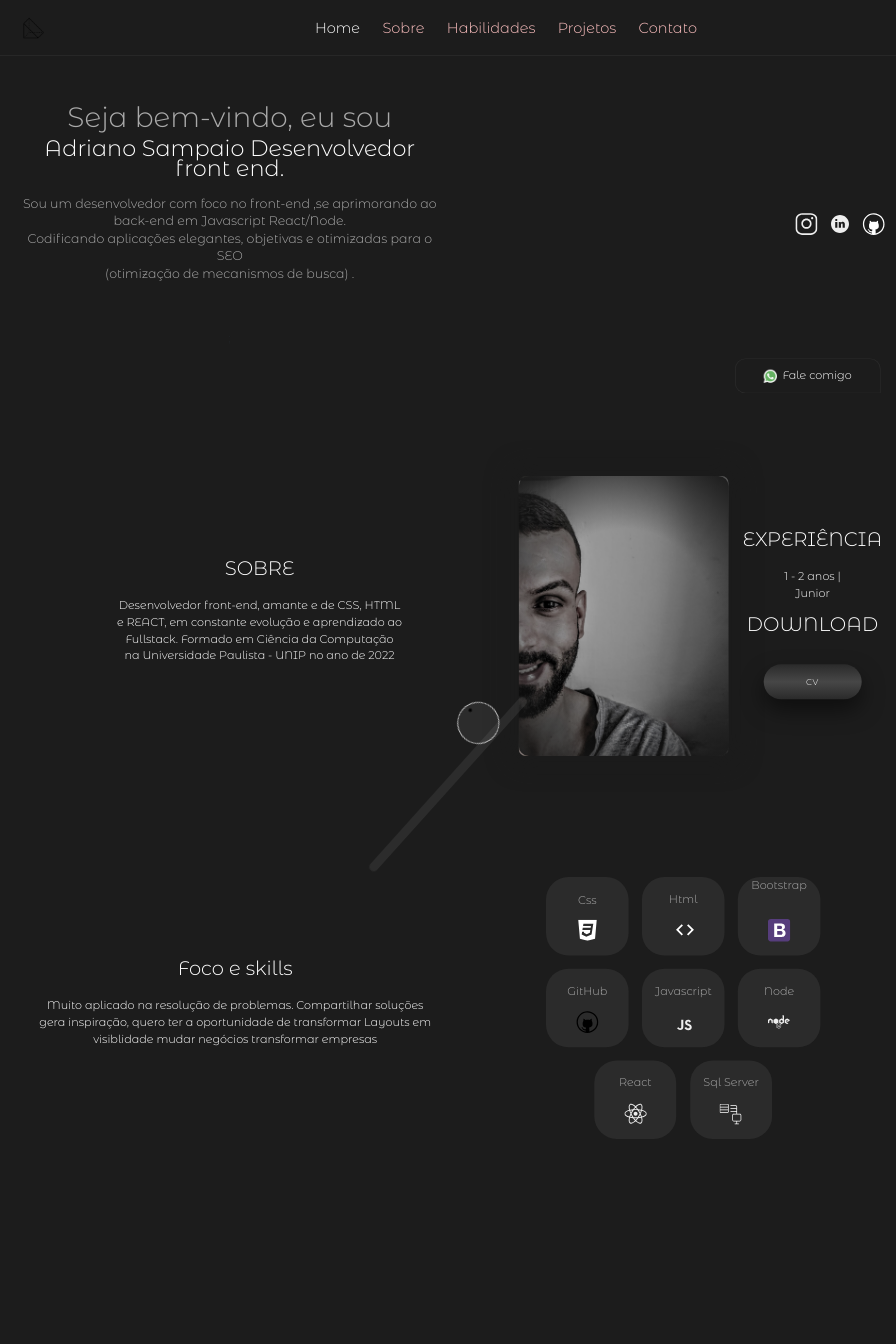
Repository: adrianodisam/NovoPortifolio
Page: /
These files come from the project's save history. The page is drawn as it stood at one moment and after the next save; the edit follows.
The browser window is 1280 px wide. The pictures show the part of the page from y = 0 to 1920 px (the page is 3024 px tall), at 70% of full size.
The project was rebuilt for these pictures with package versions that can differ from the ones it lists, and the page was loaded fresh each time. Imported but missing from the stored project, and not drawn on this page: src/componentes/Download/Adriano.pdf.

Above is the page before, as saved 2024-11-02 16:44:21.

After the next save:
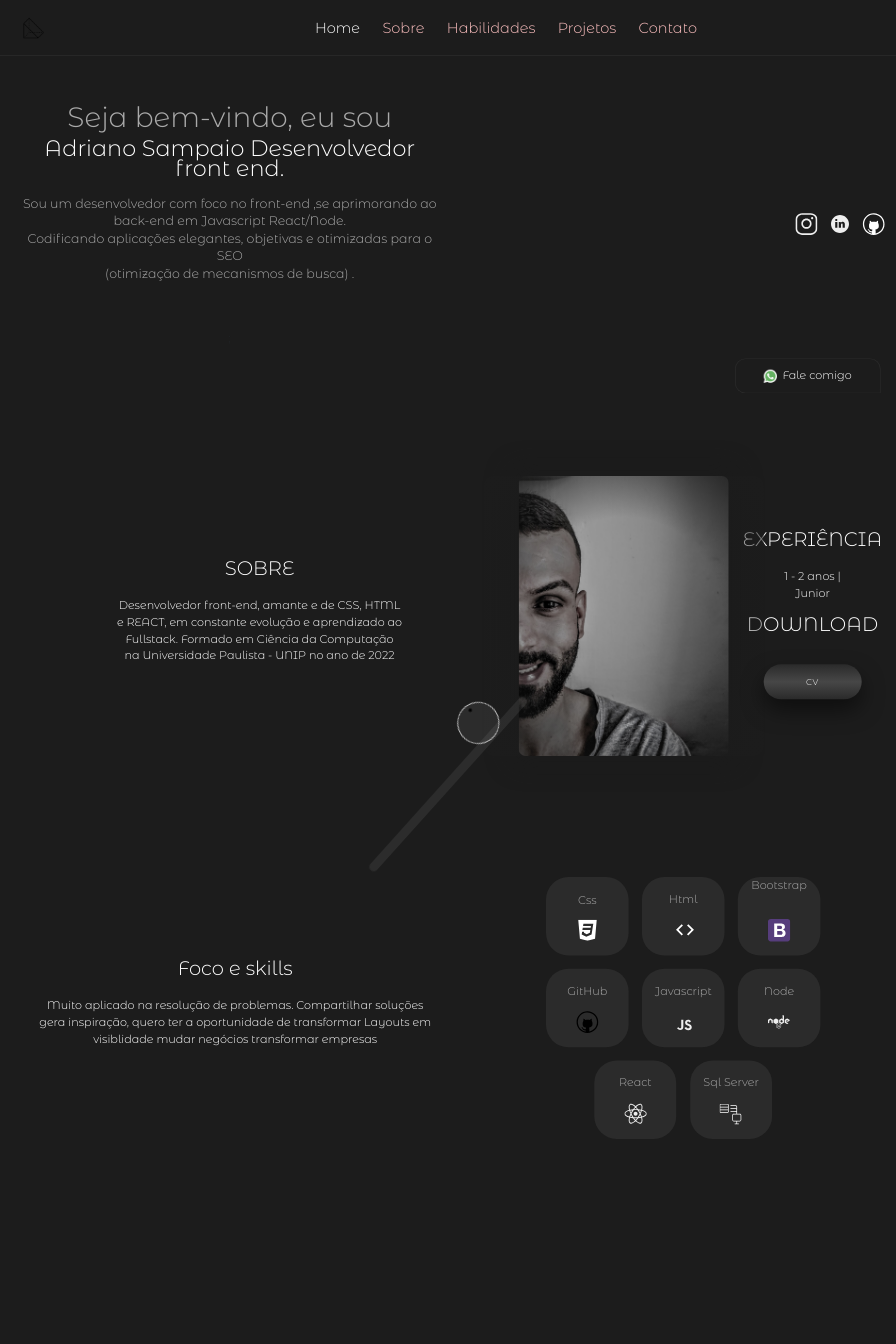
Saved 14 s later.
--- a/src/componentes/FotoSobre/FotoSobre.module.css
+++ b/src/componentes/FotoSobre/FotoSobre.module.css
@@ -22,7 +22,7 @@
 .Container::before {
   content: '';
   position: absolute;
-  width: 300px; /* Um pouco maior que a imagem para o efeito de borda */
+  width: 400px; /* Um pouco maior que a imagem para o efeito de borda */
   height: 400px;
   background: radial-gradient(circle, rgba(28, 28, 28, 0) 50%, #1c1c1c 100%);
   border-radius: 15px;
